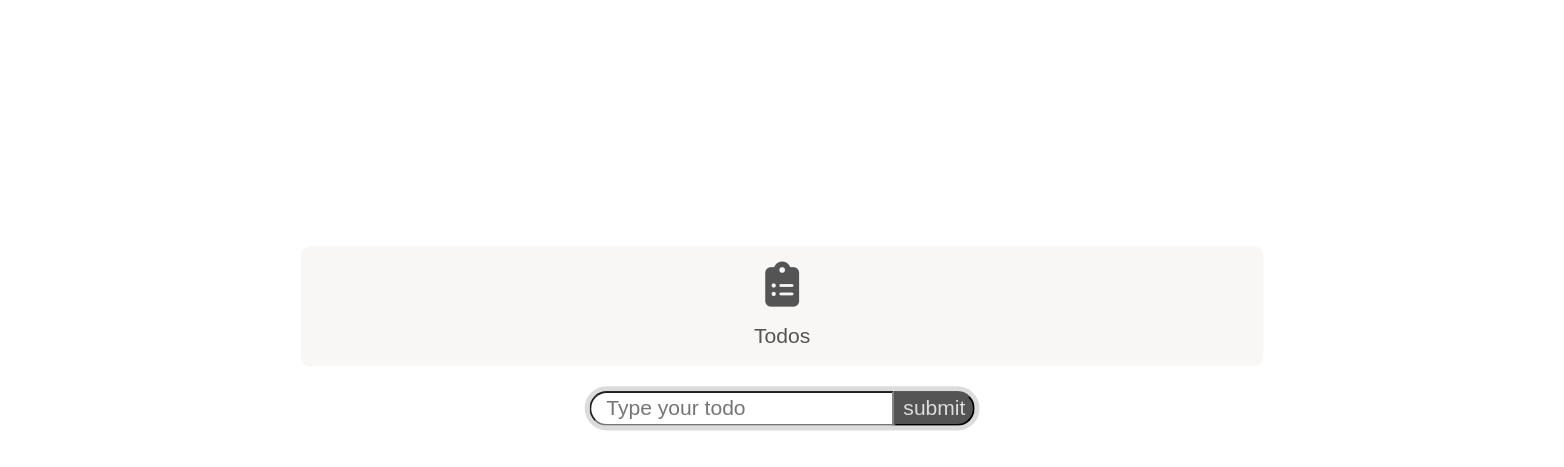
Repository: ShindanoSingi/My-Channel-Videos
Page: index.html
An editor plug-in stored every save of this project. The page is shown before and after the next save, followed by the edit.
The browser window is 1280 px wide. The page is 1664 px wide, then 1312 px, so the pictures cover 1664 px, including what lies to the right of the window. The pictures show the whole page, at 94% of full size.

Above is the page before, as saved 2023-07-16 12:27:03.

### index.html
<!DOCTYPE html>
<html lang="en">
<head>
    <meta charset="UTF-8">
    <meta name="viewport" content="width=device-width, initial-scale=1.0">
    <link rel="stylesheet" href="https://cdnjs.cloudflare.com/ajax/libs/font-awesome/6.2.0/css/all.min.css" integrity="sha512-xh6O/CkQoPOWDdYTDqeRdPCVd1SpvCA9XXcUnZS2FmJNp1coAFzvtCN9BmamE+4aHK8yyUHUSCcJHgXloTyT2A==" crossorigin="anonymous" referrerpolicy="no-referrer" />
    <Link rel="stylesheet" href="style.css">
    <title>Todo App</title>
</head>
<body>
    <div class="container">
            <div class="top-div">
                <i class="todo-icon fa-solid fa-clipboard-list"></i>
                <span>Todos</span>
            </div>

        <div class="input-button-container">
            <input class="input-field" type="text" placeholder="Type your todo">
            <input type="submit" value="submit" class="submit-button" >
        </div>
        <!-- <div class="div-checkbox-containers-parent"> -->
            <!-- <div class="div-checkbox-container">
                <div class="label">Make the bread sssssssssssscscscscssssdsdkjdsjfslfjsdfsdjfldsfdslfjdslfdsfljdsfdsfljdsfdlsfjdslfjdslfjdslfdjs</div>
                    <div class="checkbox-icon">
                        <input class="checkbox" type="checkbox">
                    <i class="check-mark fa-solid fa-check"></i>
                    </div>
                </div>
                <div class="div-checkbox-container">
                    <div class="label">Make the bread</div>
                    <div class="checkbox-icon">
                        <input class="checkbox" type="checkbox">
                    <i class="check-mark fa-solid fa-check"></i>
                    </div>
                </div>
                <div class="div-checkbox-container">
                    <div class="label">Make the bread</div>
                    <div class="checkbox-icon">
                        <input class="checkbox" type="checkbox">
                    <i class="check-mark fa-solid fa-check"></i>
                    </div>
                </div>
                <div class="div-checkbox-container">
                    <div class="label">Make the bread</div>
                    <div class="checkbox-icon">
                        <input class="checkbox" type="checkbox">
                    <i class="check-mark fa-solid fa-check"></i>
                    </div>
                </div> -->
            <!-- </div> -->
       <!-- </div> -->
        </div>
</body>
</html>

### style.css
:root{
    --gray-color: #545454;
    --background-color: #F8F7F6;
    --general-font: 1.4rem;
    --light-blue:#1E90FF;
    --light-gray:#DCDCDC;
    --border-radius: 10px;
    --input-border-radius: 50px;
    --padding-x: 0.5rem;
    --padding-y: 0.2rem;
    --screen: 100vw;
    --orange: #D59A4C;
}

body{
    color: var(--gray-color);
    font-family: 'Montserrat', sans-serif;
    font-size: var(--general-font);
    /* background-image: url(images/Background.svg); */
    background-size: cover;
    background-repeat: no-repeat;
    background-position: center;
    width: fit-content;
    box-sizing: 0;
    margin: 0;
    padding: 0 12rem;
}

.todo-icon{
    font-size: 3rem;
}

.top-div{
    width: 80%;
    background: var(--background-color);
    display: grid;
    justify-items: center;
    height: 6rem;
    gap: 1rem;
    border-radius: var(--border-radius);
    padding: 1rem 0;
    margin-bottom: 1.3rem;
    /* width: 80%; */
}

/* Input field */
input, .submit-button{
    font-size: var(--general-font);
}

.input-field{
    /* width: 100%; */
    display: inline-block;
    border-radius: var(--input-border-radius) 0 0 var(--input-border-radius);
    padding: 0.2rem 1rem;
}

/* .check-mark{
    z-index: -1;
} */

input:focus{
    outline: none;
    background-color: var(--light-gray);
}

.submit-button{
    color: var(--light-gray);
    padding: 0 0.4rem;
    display: inline-block;
    background-color: var(--gray-color);

    color: var(--light-gray);
    border-radius: 0 var(--input-border-radius) var(--input-border-radius) 0;
    padding: var(--padding-y) var(--padding-x);
}

.submit-button:hover{
    background-color: var(--orange);
}

.input-button-container{
    display: flex;
    align-items: center;
    border: 5px solid var(--light-gray);
    border-radius: var(--input-border-radius) var(--input-border-radius);
    margin-top: 2rem;
    margin: 0 auto;
    /* display: none; */
}

/* .label{
    font-size: 1rem;
    width: 50%;
    display: flex;
    justify-self: center;
} */

.checkbox{
    transform: scale(1.2);
}

.check-mark{
    position: absolute;
    transform: translateX(-1rem);
}

.div-checkbox-container{
    width: 100%;
    height: auto;
    display: flex;
    justify-content: space-between;
    align-items: center;
    background-color: var(--background-color);
    border-radius: var(--border-radius);
}

.div-checkbox-containers-parent{
    display: flex;
    flex-direction: column;
    align-items: center;
    gap: 1.5rem;
    /* padding: 0 2rem; */
    /* width: 100vw; */
}

.container{
    height: 100vh;
    width: 100vw;
    display: flex;
    flex-direction: column;
    align-items: center;
    justify-content: center;
    /* place-content: center; */
}

After the next save:
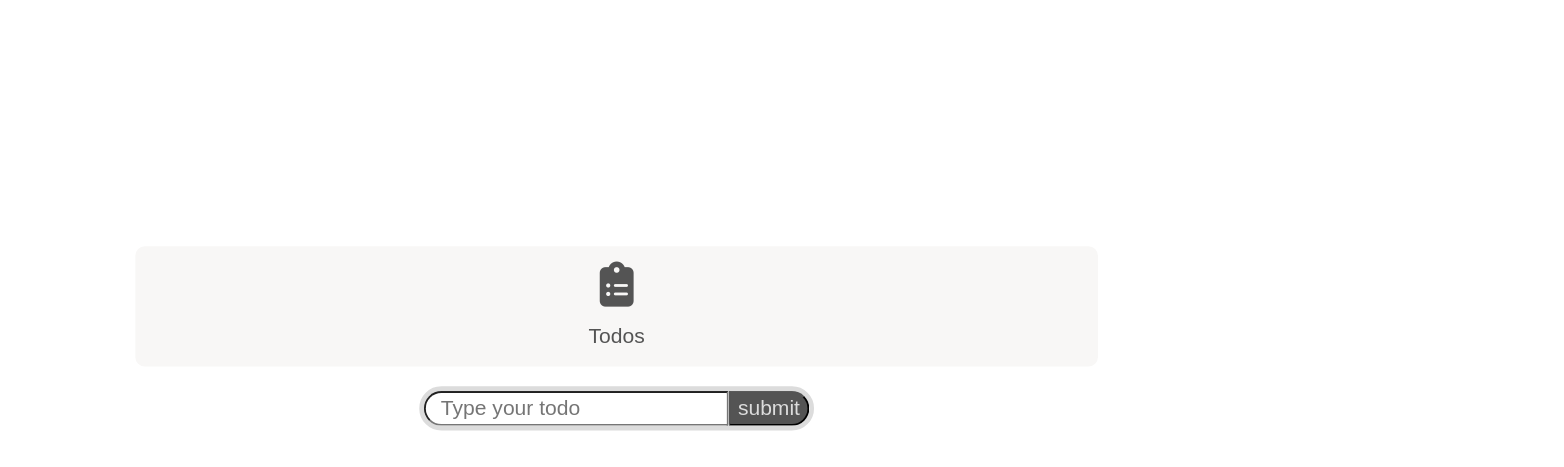
Saved 12 s later.
--- a/style.css
+++ b/style.css
@@ -23,7 +23,7 @@ body{
     width: fit-content;
     box-sizing: 0;
     margin: 0;
-    padding: 0 12rem;
+    padding: 0 1rem;
 }
 
 .todo-icon{
